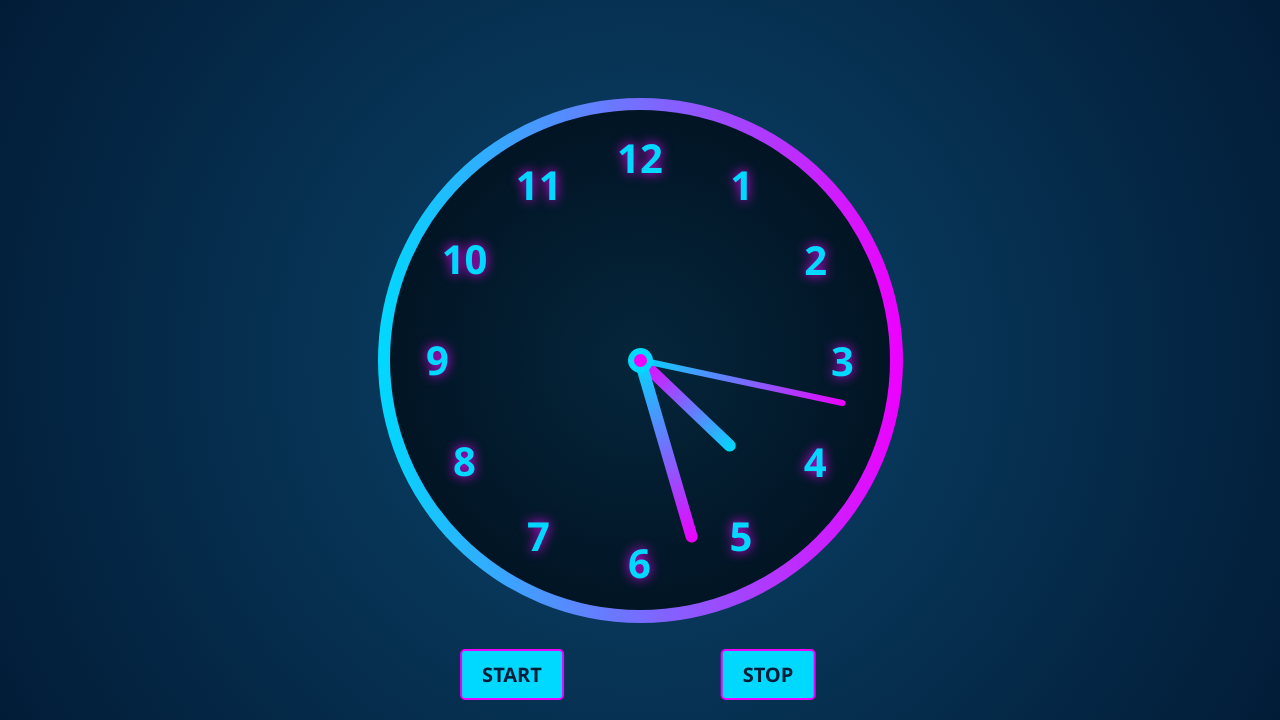
Repository: Suryansh-D/Cool-Clock
Page: index.html
The author's editor kept a copy of each file at every save. The page is drawn from the files as they stood at one save, then again after the next save.
The browser window is 1280 px wide. The pictures show the whole page.
After loading, the first visible `#stop-btn` was clicked once.

Above is the page before, as saved 2024-01-30 16:47:45.

### index.html
<!DOCTYPE html>
<html>
<head>
    <title>Schedule Clock</title>
    <link rel="stylesheet" href="style.css">
</head>
<body>
    <div class="clock">
        <div class="number" style="--n:1"><b>1</b></div>
        <div class="number" style="--n:2"><b>2</b></div>
        <div class="number" style="--n:3"><b>3</b></div>
        <div class="number" style="--n:4"><b>4</b></div>
        <div class="number" style="--n:5"><b>5</b></div>
        <div class="number" style="--n:6"><b>6</b></div>
        <div class="number" style="--n:7"><b>7</b></div>
        <div class="number" style="--n:8"><b>8</b></div>
        <div class="number" style="--n:9"><b>9</b></div>
        <div class="number" style="--n:10"><b>10</b></div>
        <div class="number" style="--n:11"><b>11</b></div>
        <div class="number" style="--n:12"><b>12</b></div>
        <div class="hour-hand" id="hour-hand"></div>
        <div class="minute-hand" id="minute-hand"></div>
        <div class="second-hand" id="second-hand"></div>
        <div class="center-dot"></div>
    </div>
    <button class="start-btn" id="start-btn"><b>START</b></button>
    <button class="stop-btn" id="stop-btn"><b>STOP</b></button>
      </div><script src="script.js"></script>
</body>
</html>

### style.css
*{
    margin: 0;
    padding: 0;
    box-sizing: border-box;
    font-family: 'Segoe UI', Tahoma, Geneva, Verdana, sans-serif;
}

body{
    display: flex;
    justify-content: center;
    align-items: center;
    height: 100vh;
    background: radial-gradient(circle,#0b456b, #021c37)
}
.clock{
    width: 500px;
    height: 500px;
    position: relative;
    background-color: lightgray;
    border-radius: 50%;
    display: flex;
    justify-content: center;
    align-items: center;
    background: radial-gradient(circle,#05263c , #000d1a);
}
.clock::before{
    content: "";
    position: absolute;
    width: 525px;
    height: 525px;
    border-radius: 50%;
    background:linear-gradient(to right, #00d9ff,#ee00ff);
    box-shadow: 0 0 0 15px 15px rgba(0,0,0,0.2);
    z-index: -1;

}
.number{
    transform: rotate(calc(30deg * var(--n)));
    position: absolute;
    text-align: center;
    inset: 20px;
    font-size: 40px;
    color:#00d9ff;
    text-shadow:0 0 12px #ee00ff;
}
.number b{
    transform: rotate(calc(-30deg * var(--n)));
    display: inline-block;
}

.center-dot{
    position: absolute;
    width: 25px;
    height: 25px;
    background-color: #ee00ff;
    border:6px solid #00d9ff;
    border-radius: 50%;
}

.hour-hand, .minute-hand, .second-hand{
    --rotate:0;
    position: absolute;
    left: 50%;
    bottom: 50%;
    transform: translate(-50%) rotate(calc(var(--rotate)*1deg));
    transform-origin: bottom;
    border-radius: 30px 30px 0 0;
}
.hour-hand{
   width:12px;
    height: 130px;
    background:linear-gradient(#00d9ff, #ee00ff );
}
.minute-hand{
    width:12px;
    height: 190px;
    background:linear-gradient(to top, #00d9ff, #ee00ff );
}
.second-hand{
    width: 6px;
    height: 210px;
    background:linear-gradient(to top, #00d9ff, #ee00ff );
}

.start-btn{
    position: absolute;
    bottom: 20px;
    left: 40%;
    transform: translateX(-50%);
    padding: 10px 20px;
    background-color: #00d9ff;
    border: 2px solid #ee00ff;
    border-radius: 5px;
    color: #021c37;
    font-size: 20px;
    font-weight: 500;
    cursor: pointer;
    transition: all 0.3s ease;
}
.stop-btn{
    position: absolute;
    bottom: 20px;
    left: 60%;
    transform: translateX(-50%);
    padding: 10px 20px;
    background-color: #00d9ff;
    border: 2px solid #ee00ff;
    border-radius: 5px;
    color: #021c37;
    font-size: 20px;
    font-weight: 500;
    cursor: pointer;
    transition: all 0.3s ease;
    font-family:'Times New Roman', Times, serif;
}

### script.js
const secondHand = document.getElementById('second-hand');
const minsHand = document.getElementById('minute-hand');
const hourHand = document.getElementById('hour-hand');
const startButton = document.getElementById('start-btn');
const stopButton = document.getElementById('stop-btn');

function stopClockTick(){
    clearInterval(clockTick);
}

stopButton.addEventListener('click', stopClockTick);


startButton.addEventListener('mouseenter', () => {
    startButton.style.backgroundColor = 'lightgreen';
}
);
startButton.addEventListener('mouseleave', () => {
    startButton.style.backgroundColor = 'skyblue'

}
);
stopButton.addEventListener('mouseenter', () => {
    stopButton.style.backgroundColor = 'red';
}
);
stopButton.addEventListener('mouseleave', () => {
    stopButton.style.backgroundColor = 'skyblue';
}
);
// startButton.addEventListener('click', () => {
//     startButton.style.display = 'none';
//     stopButton.style.display = 'inline-block';
//     clockTick();
// }
// );

// stopButton.addEventListener('click', () => {
//     stopButton.style.display = 'none';
//     startButton.style.display = 'inline-block';
// }
// );
function clockTick(){
    const date = new Date();
    const seconds = date.getSeconds()/60;
    const mins = (seconds + date.getMinutes())/60;
    const hours = (mins + date.getHours())/12;

    rotateClockHand(secondHand, seconds);
    rotateClockHand(minsHand, mins);
    rotateClockHand(hourHand, hours);
}

function rotateClockHand(element, rotation){
    element.style.setProperty('--rotate', rotation * 360);
}

setInterval(clockTick, 1000);

After the next save:
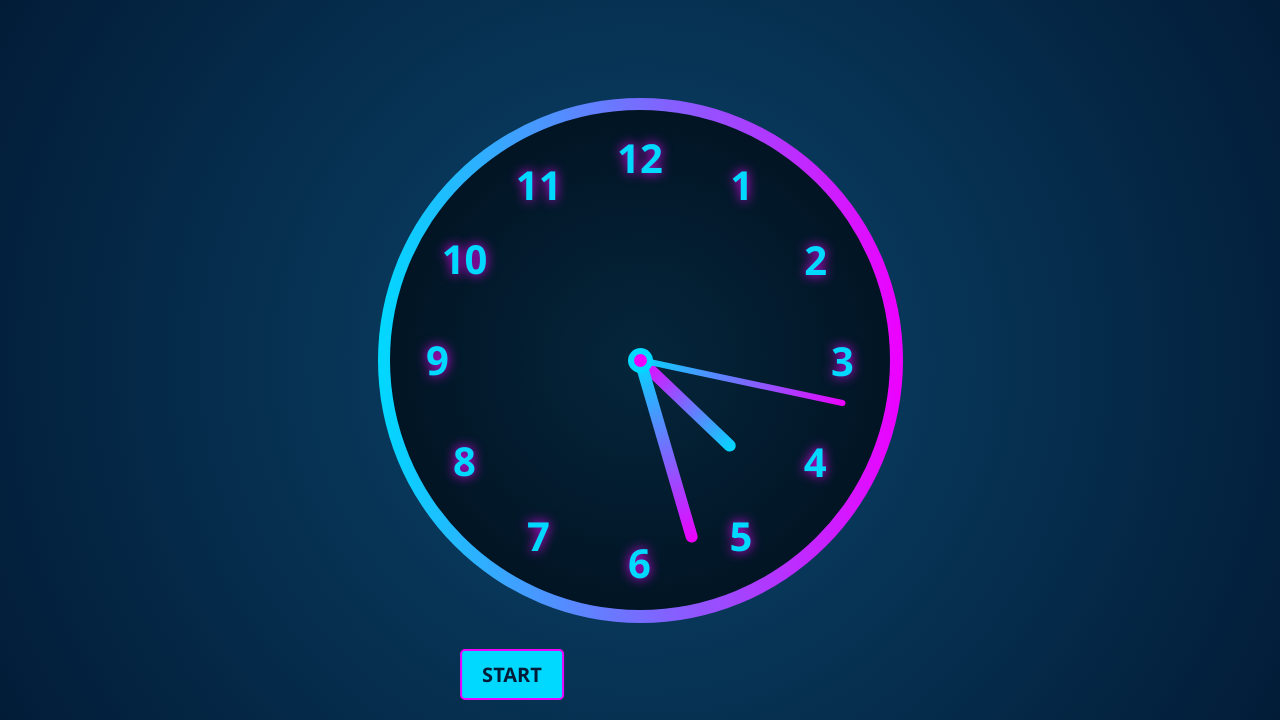
Saved 12 s later.
--- a/script.js
+++ b/script.js
@@ -28,18 +28,18 @@ stopButton.addEventListener('mouseleave', () => {
     stopButton.style.backgroundColor = 'skyblue';
 }
 );
-// startButton.addEventListener('click', () => {
-//     startButton.style.display = 'none';
-//     stopButton.style.display = 'inline-block';
-//     clockTick();
-// }
-// );
+startButton.addEventListener('click', () => {
+    startButton.style.display = 'none';
+    stopButton.style.display = 'inline-block';
+    clockTick();
+}
+);
 
-// stopButton.addEventListener('click', () => {
-//     stopButton.style.display = 'none';
-//     startButton.style.display = 'inline-block';
-// }
-// );
+stopButton.addEventListener('click', () => {
+    stopButton.style.display = 'none';
+    startButton.style.display = 'inline-block';
+}
+);
 function clockTick(){
     const date = new Date();
     const seconds = date.getSeconds()/60;
